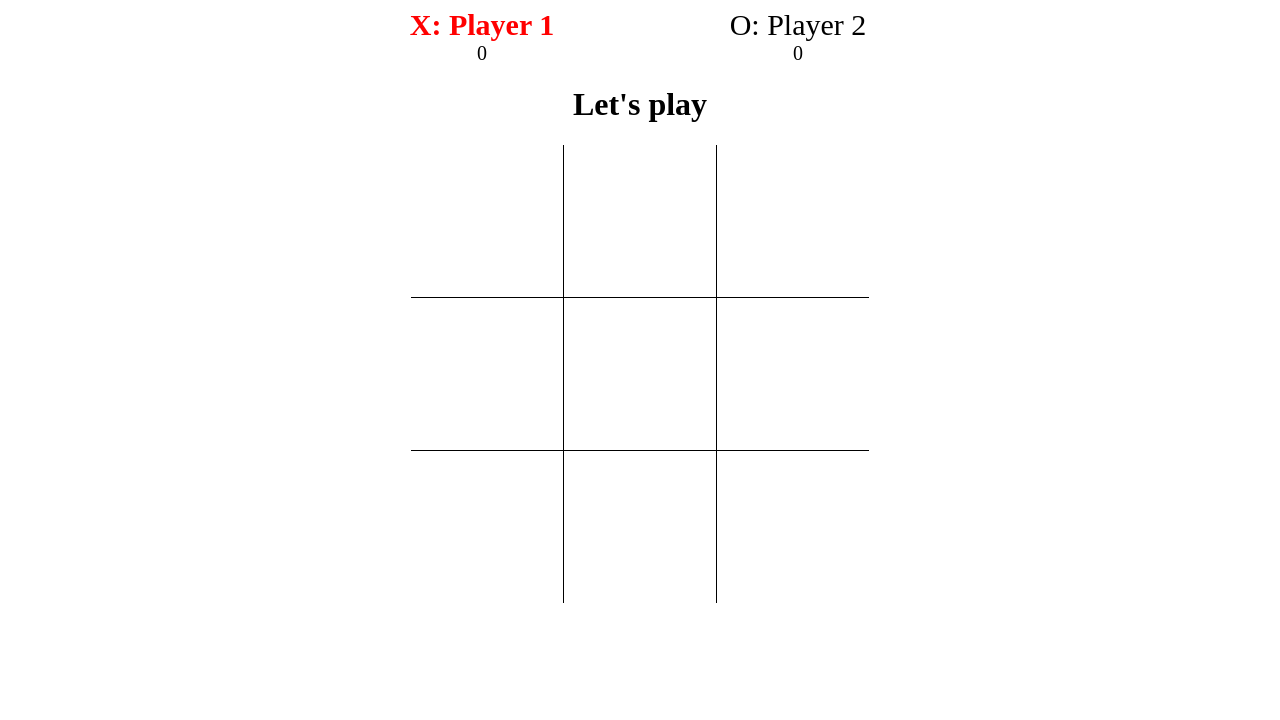
Repository: anas-essaguiar/epita.advancedWeb
Page: tictatoe/index.html
An editor plug-in stored every save of this project. The page is shown before and after the next save, followed by the edit.
The browser window is 1280 px wide. The pictures show the whole page.

Above is the page before, as saved 2021-04-23 16:11:43.

### tictatoe/index.html
<!DOCTYPE html>
<html>

<head>
    <meta charset="UTF-8">
    <title>TIC TAC TOE</title>
    <link rel="stylesheet" href="style.css">
</head>

<body>
    <!-- Names for the players -->
    <div id="players">
        <div class="player1 player active">
            <span class="player1_play">X</span>: <span class="player1_name">Player 1</span>
        </div>
        <div class="player2 player">
            <span class="player2_play">O</span>: <span class="player2_name">Player 2</span>
        </div>
    </div>

    <!-- Scores for the players -->
    <div id="scores">
        <div class="score">
            <span class="player1_score">0</span>
        </div>
        <div class="score">
            <span class="player2_score">0</span>
        </div>
    </div>

    <!-- message div -->
    <div id="msg"></div>
    <h1>Let's play</h1>
    <table id="table1" align="center">
        <tr>
            <td class="col"></td>
            <td class="col"></td>
            <td class="col"></td>
        </tr>
        <tr>
            <td class="col"></td>
            <td class="col"></td>
            <td class="col"></td>
        </tr>
        <tr>
            <td class="col"></td>
            <td class="col"></td>
            <td class="col"></td>
        </tr>
    </table>


    <script type="text/javascript" defer src="js/app.js"></script>
</body>

</html>

### tictatoe/style.css
body {
    font: normal 16px comic sans ms;
    text-align: center;
  }
.col{
    border: 5px solid black;
    width: 200px;
    height: 200px;
}

#players {
	display: flex;
	width: 50%;
	margin: auto;
}


#table1 {
    border-collapse: collapse;
    border-style: hidden;
    color: black;
    border-spacing: 10px;
    border-collapse: collapse;
}


  .col:hover {
	background-color: grey;
}

.player {
	width: 50%;
	text-align: center;
	font-size: 30px;
}

.player.active {
	font-weight: bold;
	color: red;
}

#table_game {
	border-collapse: collapse;
    margin: 50px auto;
}

.col {
	border: 1px solid black;
	width: 150px;
	height: 150px;
	text-align: center;
}

.col:hover {
	background: #E3DCCC;
	cursor: pointer;
}

.win {
	border: 1px solid rgb(11, 105, 66);
	background: #c7ffbc;
	color: rgb(11, 105, 66);
}

#msg {
	text-align: center;
	margin: 50px auto 0px;
	font-weight: bold;
	border: 1px solid rgb(11, 105, 66);
	display: none;
	width: 50%;
	padding: 20px;
	background: #c7ffbc;
	color: rgb(11, 105, 66);
	border-radius: 10px;
}

#scores {
	display: flex;
	width: 50%;
	margin: auto;
}

.score {
	width: 50%;
	text-align: center;
	font-size: 20px;
}

a {
	color: red;
	text-decoration: none;
}

### tictatoe/js/app.js
// Define all the elements
let cols = document.querySelectorAll(".col");
let a1 = document.querySelector('.a1');
let a2 = document.querySelector('.a2');
let a3 = document.querySelector('.a3');
let b1 = document.querySelector('.b1');
let b2 = document.querySelector('.b2');
let b3 = document.querySelector('.b3');
let c1 = document.querySelector('.c1');
let c2 = document.querySelector('.c2');
let c3 = document.querySelector('.c3');

// Set the scrore from localstorage
if (localStorage.getItem('scrore_1') == null) {
    document.querySelector('.player1_score').innerHTML = 0;
    localStorage.setItem('scrore_1', 0);

}
if (localStorage.getItem('scrore_2') == null) {
    document.querySelector('.player2_score').innerHTML = 0;
    localStorage.setItem('scrore_2', 0);
}

document.querySelector('.player1_score').innerHTML = localStorage.getItem('scrore_1');
document.querySelector('.player2_score').innerHTML = localStorage.getItem('scrore_2');

let current_player = 1;
let game_win = false;

cols.forEach((col) => {
    col.onclick = (e) => {
        // on efface les messages
        clearMsg();

        // Checked if the player can click on the cell
        if (!game_win) {
            if (e.target.innerHTML == "") {
                // Put the symbol in the col
                e.target.innerHTML = document.querySelector('.player' + current_player + '_play').innerHTML;

                game_win = checkGame();

                if (game_win) {
                    // alert(document.querySelector('.player'+current_player+'_name').innerHTML + " win the game !");
                    showMsg(document.querySelector(
                        '.player' + current_player + '_name').innerHTML + " win the game !<br />" +
                        'Do you want to play again ? <a href="">Clique here !</a>'
                    );

                    // Here we manage the scrore with localstorage
                    localStorage.setItem('scrore_' + current_player, parseInt(localStorage.getItem('scrore_' + current_player)) + 1);

                    document.querySelector('.player' + current_player + '_score').innerHTML = localStorage.getItem('scrore_' + current_player);
                } else {
                    // remove the active class from the current_player
                    document.querySelector(".player" + current_player).classList.remove("active");

                    // Switch the current_player after playing
                    if (current_player == 1) {
                        current_player = 2;
                    } else {
                        current_player = 1;
                    }

                    // Add the active class to current_player
                    document.querySelector(".player" + current_player).classList.add("active");
                }
            } else {
                // When a player play in a not empty cell
                showMsg('You can play here someone alreay play there !');
            }
        } else {
            // When the game is ended
            showMsg('The game is over !');
        }
    }
});

After the next save:
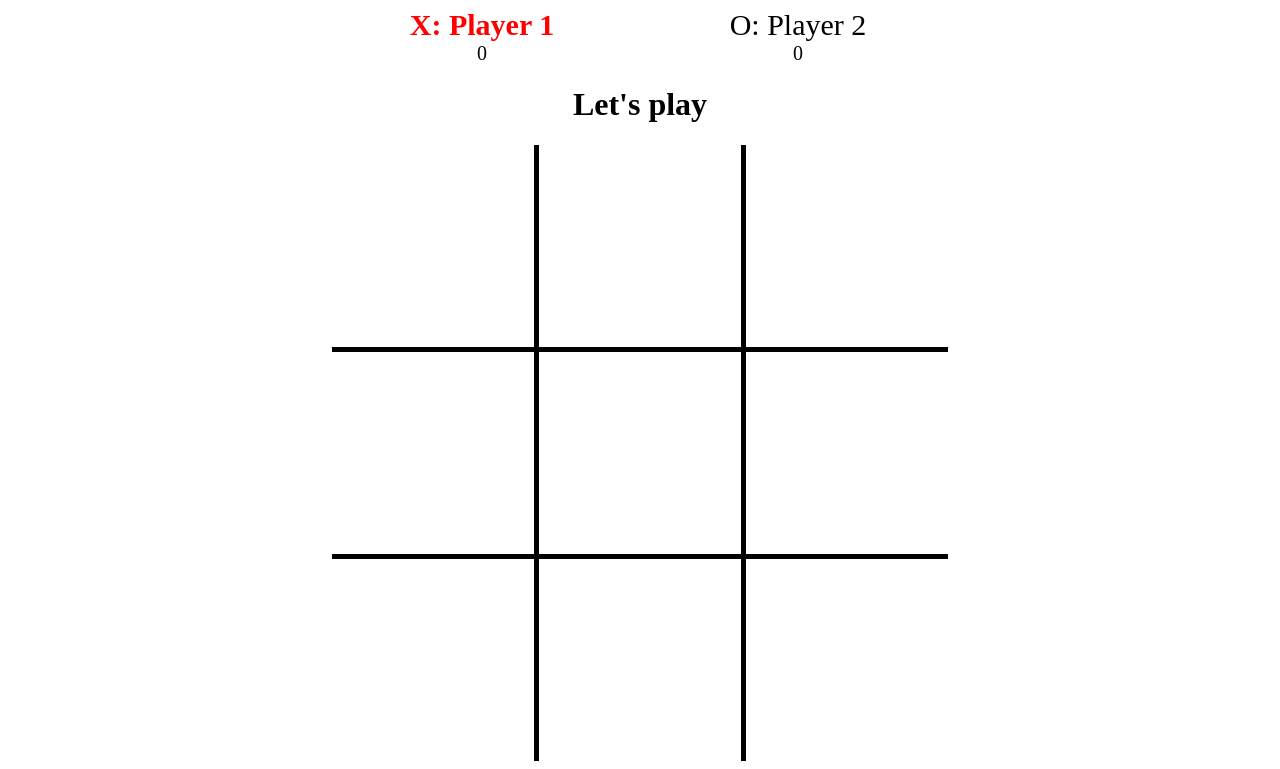
Saved 18 min 21 s later.
--- a/tictatoe/style.css
+++ b/tictatoe/style.css
@@ -44,12 +44,6 @@ body {
     margin: 50px auto;
 }
 
-.col {
-	border: 1px solid black;
-	width: 150px;
-	height: 150px;
-	text-align: center;
-}
 
 .col:hover {
 	background: #E3DCCC;
